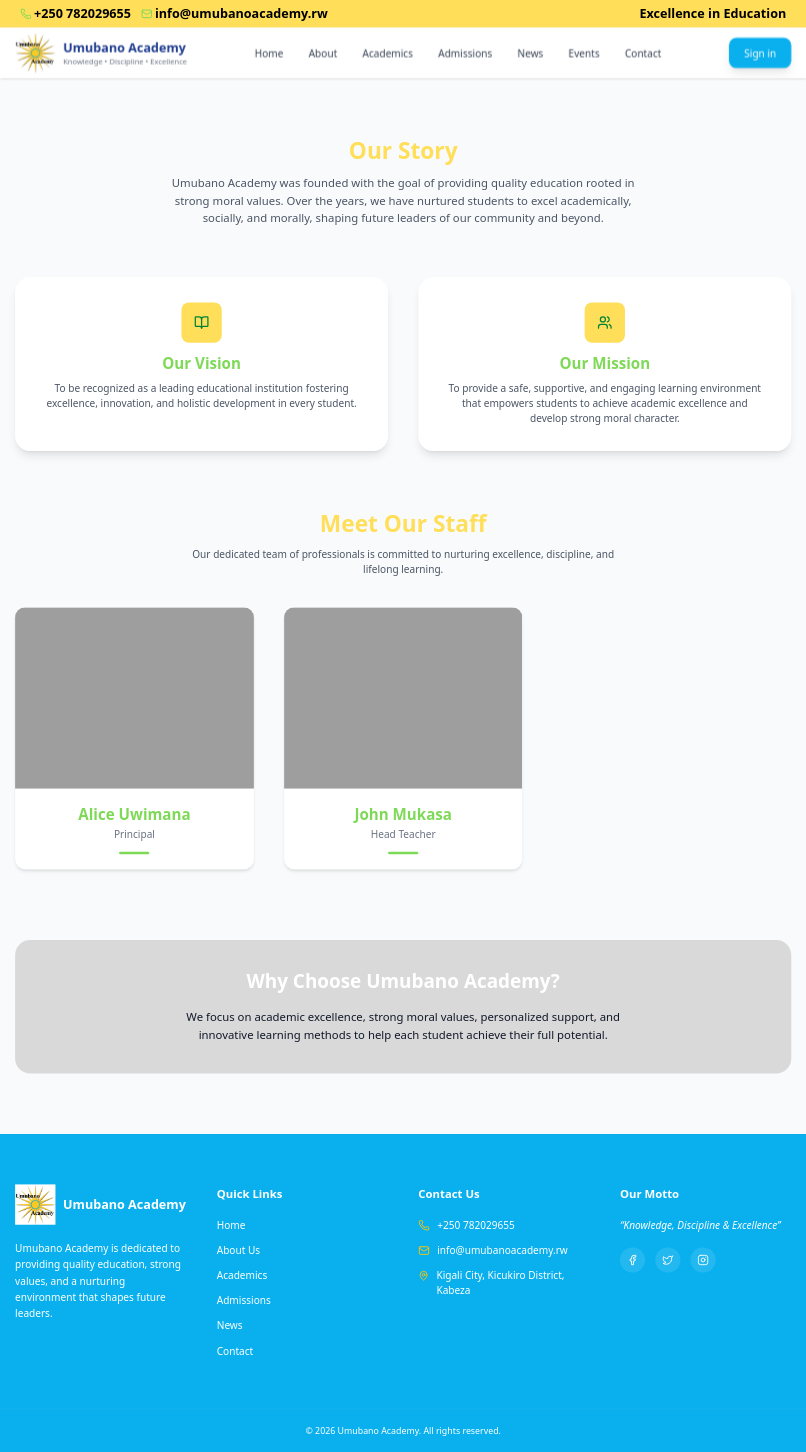
Repository: Umubano-Academy/umubano-academy-website
Page: /aboutus
These files come from the project's save history. The page is drawn as it stood at one moment and after the next save; the edit follows.
The browser window is 1280 px wide. The pictures show the whole page, at 63% of full size.
Pictures or frames that could not be fetched are drawn as grey boxes. The project was rebuilt for these pictures with package versions that can differ from the ones it lists, and the page was loaded fresh each time. Also part of the build but not shown: vite.config.js, src/components/guest/Hero.jsx, src/components/guest/Event.jsx, src/components/guest/News.jsx, src/components/guest/Contact.jsx, src/components/guest/Home.jsx, src/components/guest/Admission.jsx, src/components/guest/Academic.jsx and 7 more.

Above is the page before, as saved 2026-01-13 19:40:41.

After the next save:
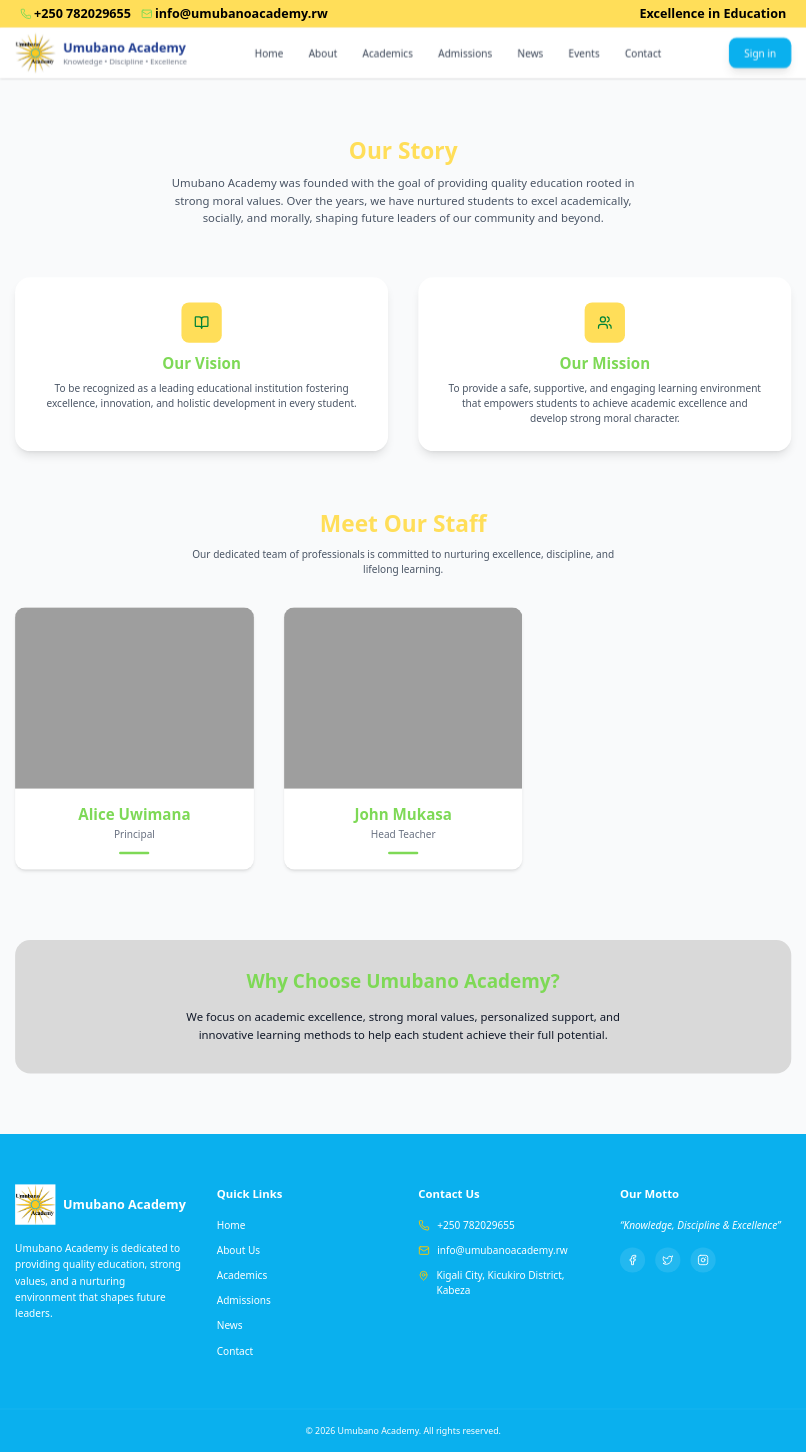
Saved 21 s later.
--- a/src/components/guest/About.jsx
+++ b/src/components/guest/About.jsx
@@ -132,7 +132,7 @@ function About() {
           whileInView={{ opacity: 1, y: 0 }}
           viewport={{ once: true }}
           transition={{ duration: 0.6 }}
-          className="bg-[#D9D9D9] text-white rounded-3xl p-12 text-center"
+          className="bg-[#D9D9D9] text-[#7ED956] rounded-3xl p-12 text-center"
         >
           <h3 className="text-3xl font-bold mb-6">
             Why Choose Umubano Academy?
